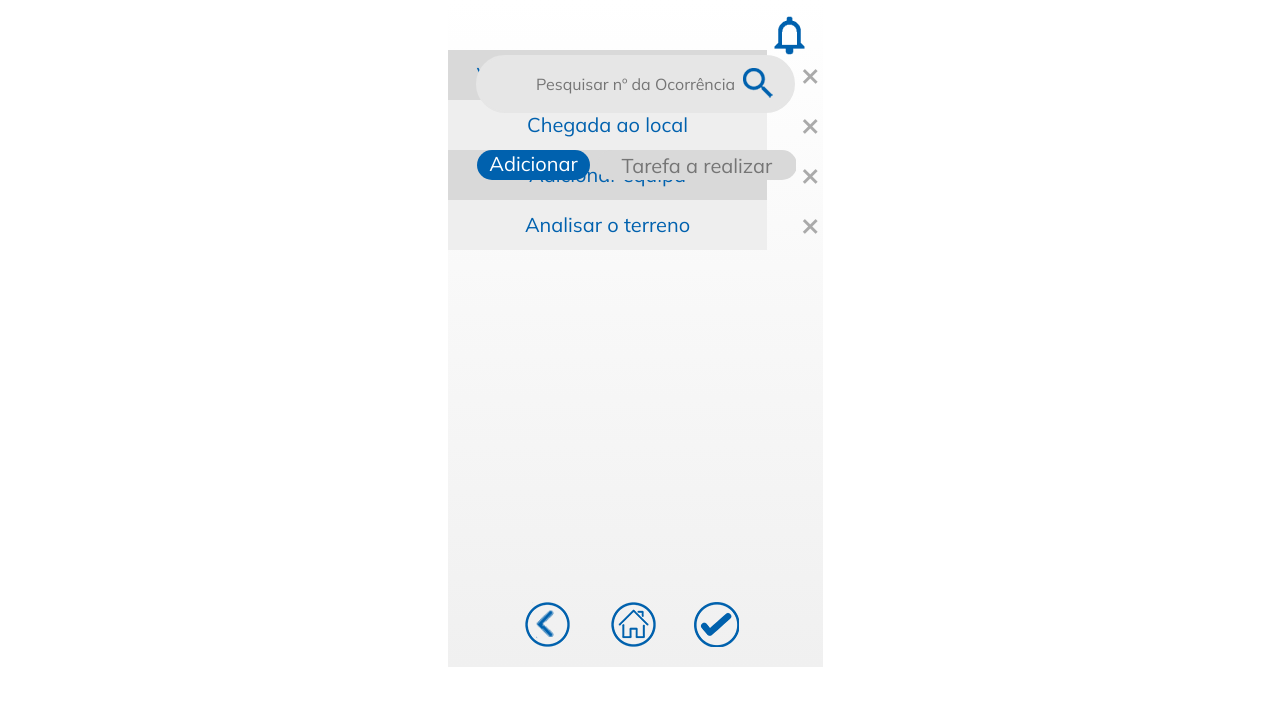
Repository: PedroMM-G/INEM
Page: Back-Office/checklist.html
The author's editor kept a record of every edit. The page is drawn from the files as they stood at one moment, then again after the next edit.
The browser window is 1280 px wide. The pictures show the whole page.

Above is the page before.
Console error: TypeError: Cannot read properties of null (reading 'addEventListener')

After the next edit:
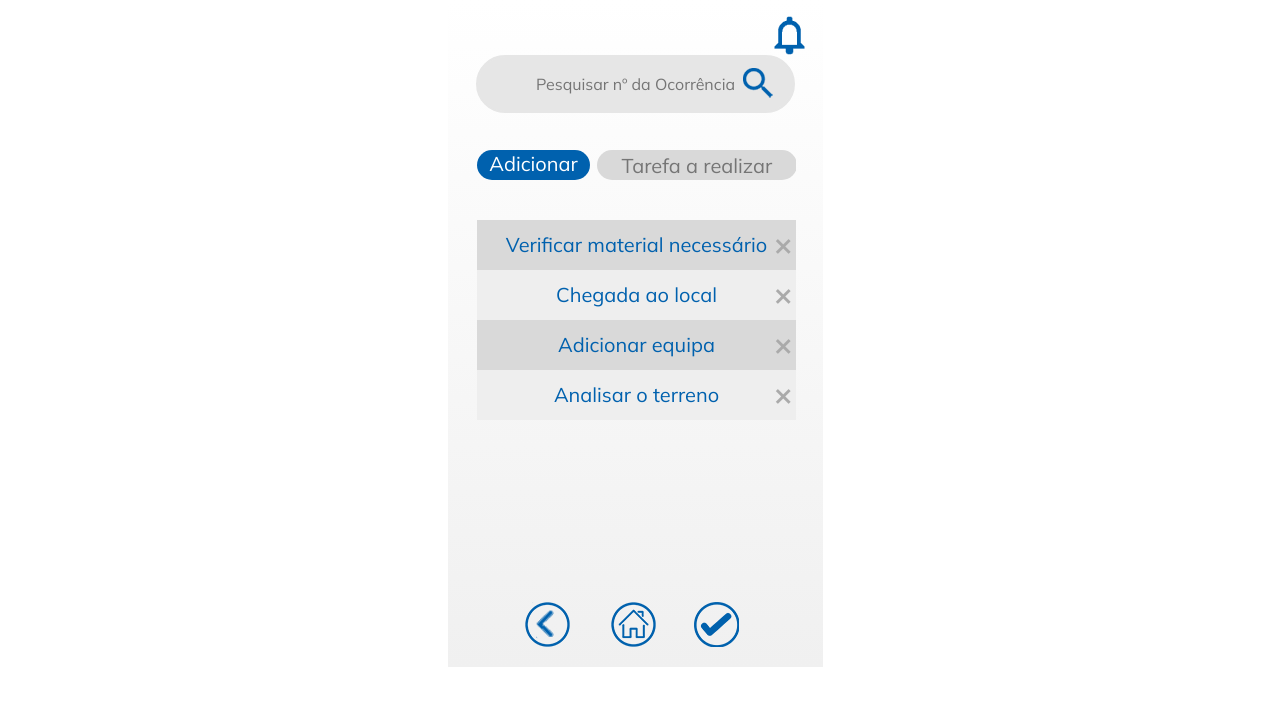
The edit:
--- a/Back-Office/checklist.html
+++ b/Back-Office/checklist.html
@@ -29,7 +29,7 @@
           <input type="text" id="myInput" placeholder="Tarefa a realizar">
           <span onclick="newElement()" class="addBtn">Adicionar</span>
         </div>
-        <ul id="lista">
+        <ul id="MyUL">
         <li>Verificar material necessário</li>
         <li>Chegada ao local</li>
         <li>Adicionar equipa</li>
